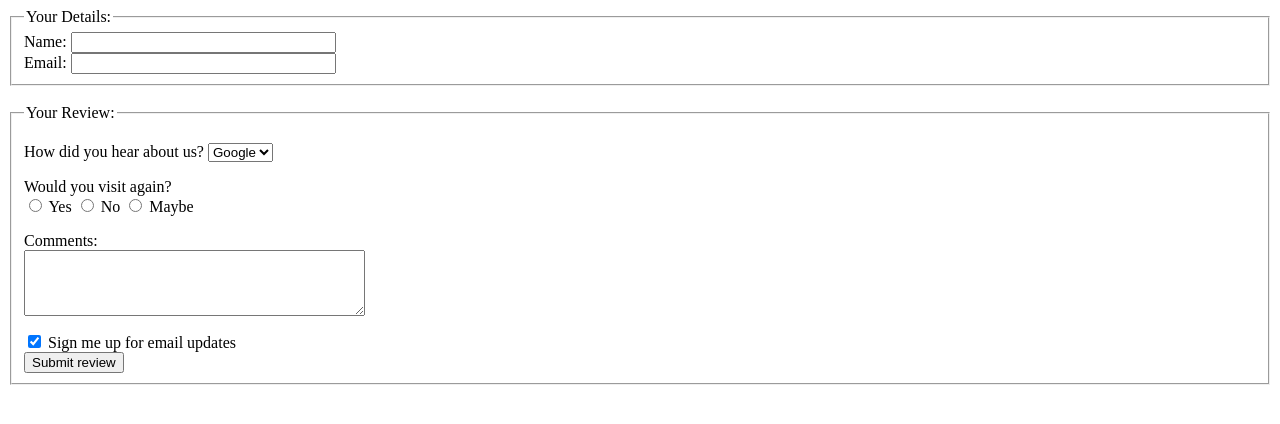
Repository: Helianthusss/Learn-CPP
Page: HTML/lap2/bai6.html
An editor plug-in stored every save of this project. The page is shown before and after the next save, followed by the edit.
The browser window is 1280 px wide. The pictures show the whole page.

Above is the page before, as saved 2021-10-10 22:51:50.

### HTML/lap2/bai6.html
<html>
  <head>
    <title>Forms</title>
  </head>
  <body>
    <form action="http://www.example.com/review.php" method="get">
      <fieldset>
        <legend>Your Details:</legend>
        <label>
          Name:
          <input type="text" name="name" size="30" maxlength="100" />
        </label>
        <br />
        <label>
          Email:
          <input type="email" name="email" size="30" maxlength="100" />
        </label>
        <br />
      </fieldset>
      <br />
      <fieldset>
        <legend>Your Review:</legend>
        <p>
          <label for="hear-about"> How did you hear about us? </label>
          <select name="referrer" id="hear-about">
            <option value="google">Google</option>
            <option value="friend">Friend</option>
            <option value="advert">Advert</option>
            <option value="other">Other</option>
          </select>
        </p>
        <p>
          Would you visit again?
          <br />
          <label>
            <input type="radio" name="rating" value="yes" />
            Yes
          </label>
          <label>
            <input type="radio" name="rating" value="no" />
            No
          </label>
          <label>
            <input type="radio" name="rating" value="maybe" />
            Maybe
          </label>
        </p>
        <p>
          <label for="comments"> Comments: </label>
          <br />
          <textarea rows="4" cols="40" id="comments"></textarea>
        </p>
        <label>
          <input type="checkbox" name="subscribe" checked="checked" />
          Sign me up for email updates
        </label>
        <br />
        <input type="submit" value="Submit review" />
      </fieldset>
    </form>
  </body>
</html>

After the next save:
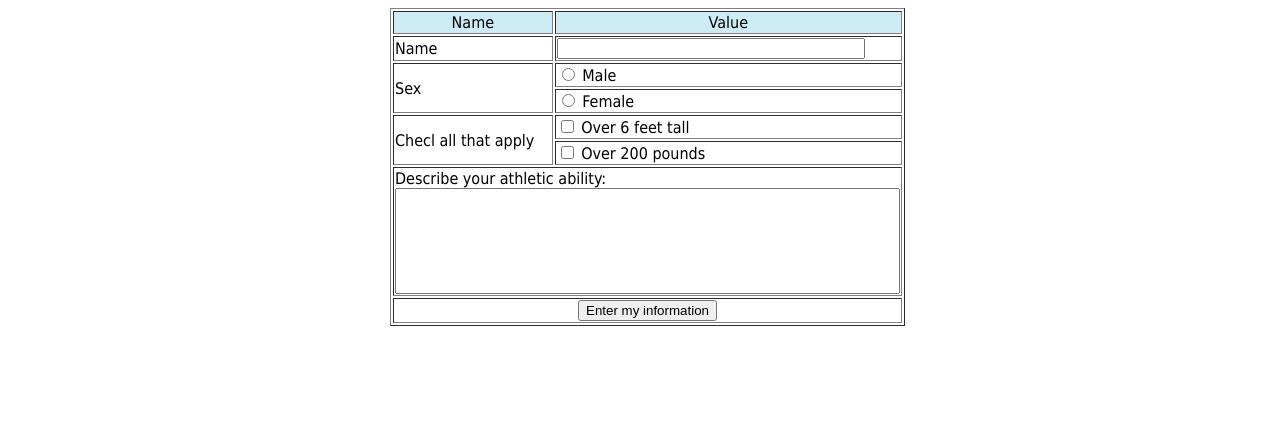
Saved 3 min 14 s later.
--- a/HTML/lap2/bai6.html
+++ b/HTML/lap2/bai6.html
@@ -1,62 +1,81 @@
-<html>
-  <head>
-    <title>Forms</title>
-  </head>
-  <body>
-    <form action="http://www.example.com/review.php" method="get">
-      <fieldset>
-        <legend>Your Details:</legend>
-        <label>
-          Name:
-          <input type="text" name="name" size="30" maxlength="100" />
-        </label>
-        <br />
-        <label>
-          Email:
-          <input type="email" name="email" size="30" maxlength="100" />
-        </label>
-        <br />
-      </fieldset>
-      <br />
-      <fieldset>
-        <legend>Your Review:</legend>
-        <p>
-          <label for="hear-about"> How did you hear about us? </label>
-          <select name="referrer" id="hear-about">
-            <option value="google">Google</option>
-            <option value="friend">Friend</option>
-            <option value="advert">Advert</option>
-            <option value="other">Other</option>
-          </select>
-        </p>
-        <p>
-          Would you visit again?
-          <br />
-          <label>
-            <input type="radio" name="rating" value="yes" />
-            Yes
-          </label>
-          <label>
-            <input type="radio" name="rating" value="no" />
-            No
-          </label>
-          <label>
-            <input type="radio" name="rating" value="maybe" />
-            Maybe
-          </label>
-        </p>
-        <p>
-          <label for="comments"> Comments: </label>
-          <br />
-          <textarea rows="4" cols="40" id="comments"></textarea>
-        </p>
-        <label>
-          <input type="checkbox" name="subscribe" checked="checked" />
-          Sign me up for email updates
-        </label>
-        <br />
-        <input type="submit" value="Submit review" />
-      </fieldset>
-    </form>
-  </body>
+<!DOCTYPE html>
+<html lang="en">
+<head>
+    <meta charset="UTF-8">
+    <meta http-equiv="X-UA-Compatible" content="IE=edge">
+    <meta name="viewport" content="width=device-width, initial-scale=1.0">
+    <title>Document</title>
+    <style>
+        body{
+            font-family: Tahoma;
+            margin-right: auto;
+            margin-left: auto;
+            width: 500px;
+        }
+    </style>
+</head>
+<body>
+    <table border="1 " width="20%" >
+        <tr>
+            <td style="text-align: center; background-color: #CEECF5">
+                Name
+            </td>
+            <td style="text-align: center; background-color: #CEECF5">
+                Value
+            </td>
+        </tr>
+        <tr>
+            <td>
+                Name
+            </td>
+            <td >
+                <input type="text" style="width:300px;" >
+            </td>
+        </tr>
+        <tr>
+            <td rowspan="2">
+                Sex
+            </td>
+            <td>
+                <input class="form-check-input" type="radio" name="gridRadios" id="gridRadios2" value="option2">
+                Male
+            </td>
+
+        </tr>
+        <tr>
+            <td>
+                <input class="form-check-input" type="radio" name="gridRadios" id="gridRadios2" value="option2">
+                Female
+            </td>
+        </tr>
+        <tr>
+            <td rowspan="2">
+                Checl all that apply
+            </td>
+            <td>
+                <input class="form-check-input" type="checkbox" name="gridRadios" id="gridRadios2" value="option2">
+                Over 6 feet tall
+            </td>
+
+        </tr>
+        <tr>
+            <td>
+                <input class="form-check-input" type="checkbox" name="gridRadios" id="gridRadios2" value="option2">
+                Over 200 pounds
+            </td>
+        </tr>
+        <tr>
+            <td colspan="2">
+                Describe your athletic ability:<br>
+                <input type="text" size="60px" style="height: 100px">
+            </td>
+        </tr>
+        <tr>
+            <td colspan="2" style="text-align: center;">
+                <button type="button" class="btn btn-primary btn-lg btn-block">Enter my information</button>
+            </td>
+        </tr>
+
+    </table>
+</body>
 </html>
